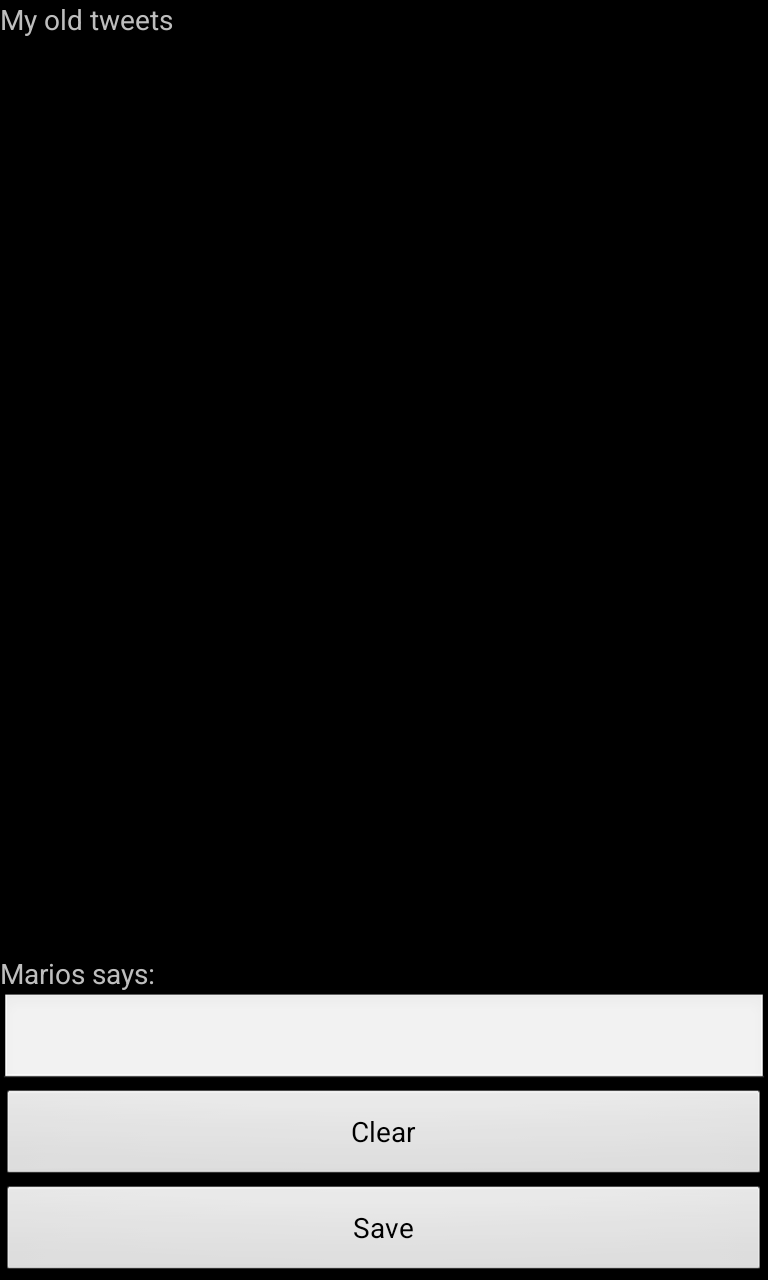
Repository: shevaroller/LonelyTwitterGson
Layout: LonelyTwitter/res/layout/main.xml
An editor plug-in stored every save of this project. The layout is shown before and after the next save, followed by the edit.
It is drawn on a 768 x 1280 px phone screen (xhdpi) without system bars, with theme android:Theme; the app's code is not run. Lists and similar views that code fills are empty.

Above is the layout before, as saved 2014-09-25 00:16:54.

### LonelyTwitter/res/layout/main.xml
<?xml version="1.0" encoding="utf-8"?>
<LinearLayout xmlns:android="http://schemas.android.com/apk/res/android"
    android:layout_width="fill_parent"
    android:layout_height="fill_parent"
    android:orientation="vertical" >

    <TextView
        android:id="@+id/oldTweetsTitle"
        android:layout_width="fill_parent"
        android:layout_height="wrap_content"
        android:text="My old tweets" />

    <ListView
        android:id="@+id/oldTweetsList"
        android:layout_width="fill_parent"
        android:layout_height="263dp"
        android:layout_weight="1"
        android:scrollbars="vertical" >

    </ListView>

    <TextView
        android:id="@+id/hello"
        android:layout_width="fill_parent"
        android:layout_height="wrap_content"
        android:text="@string/hello" />

    <EditText
        android:id="@+id/body"
        android:layout_width="fill_parent"
        android:layout_height="wrap_content"
        android:scrollbars="horizontal" />

    <Button
        android:id="@+id/clear"
        android:layout_width="match_parent"
        android:layout_height="wrap_content"
        android:text="@string/clear"
        android:onClick="clear" />

    <Button
        android:id="@+id/save"
        android:layout_width="fill_parent"
        android:layout_height="wrap_content"
        android:text="@string/save"
        android:onClick="save" />

</LinearLayout>

### LonelyTwitter/res/values/strings.xml
<?xml version="1.0" encoding="utf-8"?>
<resources>

    <string name="hello">Marios says:</string>
    <string name="app_name">LonelyTwitter</string>
    <string name="save">Save</string>
    <string name="clear">Clear</string>
    <string name="title_activity_summay">Summay</string>
    <string name="action_settings">Settings</string>
    <string name="hello_world">Hello world!</string>
    <string name="summary">Summary</string>

</resources>

After the next save:
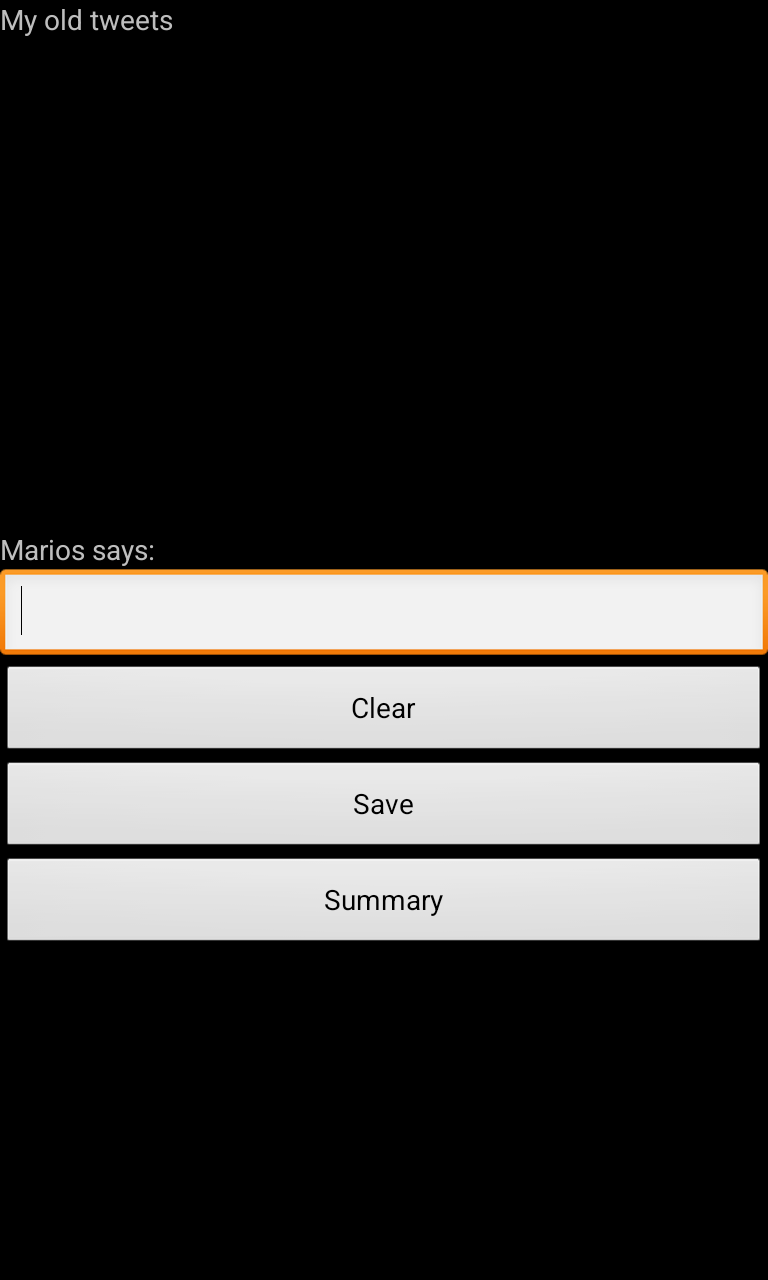
Saved 2 min 4 s later.
--- a/LonelyTwitter/res/layout/main.xml
+++ b/LonelyTwitter/res/layout/main.xml
@@ -13,8 +13,7 @@
     <ListView
         android:id="@+id/oldTweetsList"
         android:layout_width="fill_parent"
-        android:layout_height="263dp"
-        android:layout_weight="1"
+        android:layout_height="246dp"
         android:scrollbars="vertical" >
 
     </ListView>
@@ -29,7 +28,11 @@
         android:id="@+id/body"
         android:layout_width="fill_parent"
         android:layout_height="wrap_content"
-        android:scrollbars="horizontal" />
+        android:ems="10"
+        android:scrollbars="horizontal" >
+
+        <requestFocus />
+    </EditText>
 
     <Button
         android:id="@+id/clear"
@@ -45,4 +48,10 @@
         android:text="@string/save"
         android:onClick="save" />
 
+    <Button
+        android:id="@+id/summary"
+        android:layout_width="fill_parent"
+        android:layout_height="wrap_content"
+        android:text="Summary"
+        android:onClick="summary" />
 </LinearLayout>
